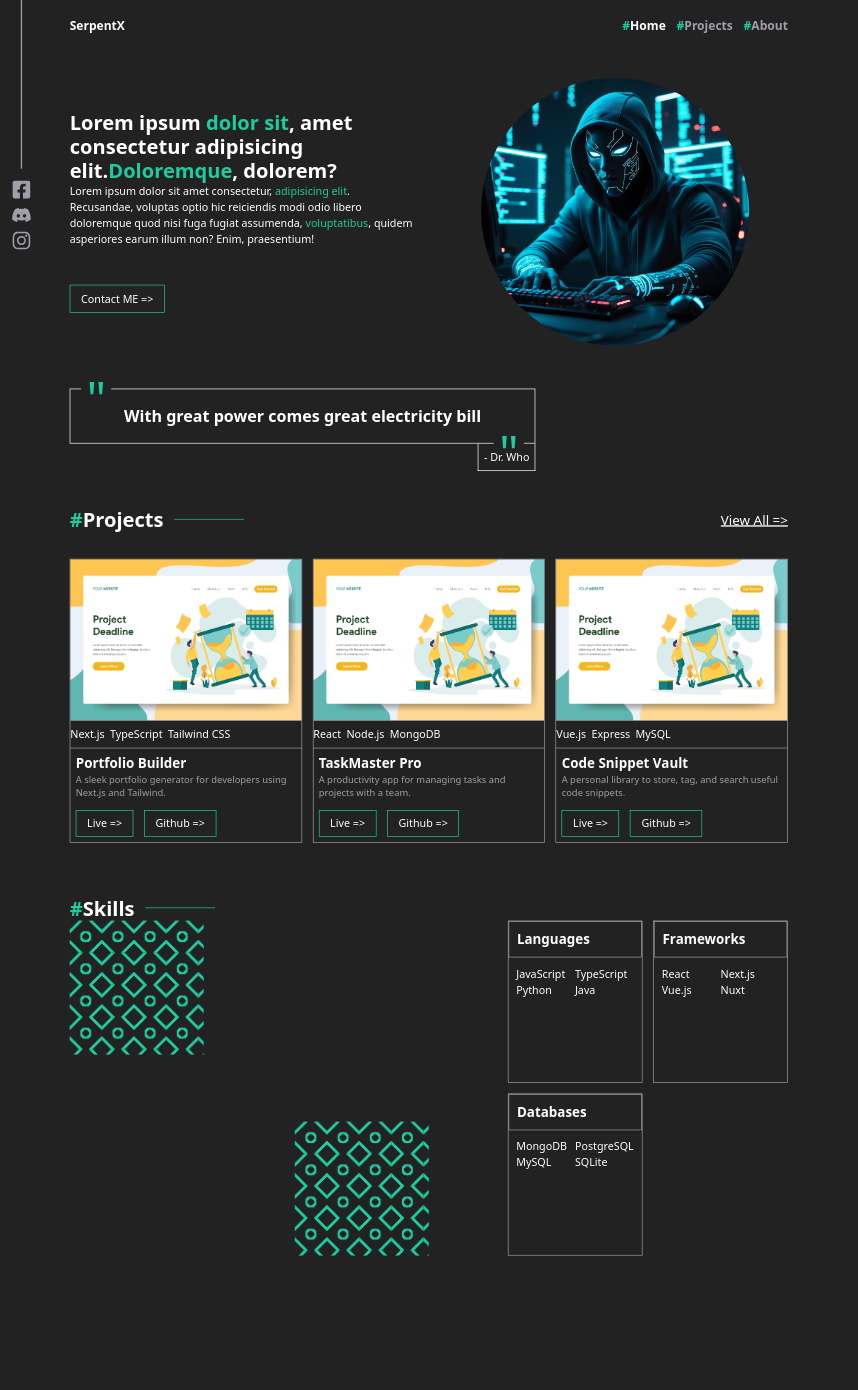
Repository: SERPENTX03/Portfolio-Tutorial
Page: /
An editor plug-in stored every save of this project. The page is shown before and after the next save, followed by the edit.
The browser window is 1280 px wide. The pictures show the whole page, at 67% of full size.
The project was rebuilt for these pictures with package versions that can differ from the ones it lists, and the page was loaded fresh each time. The framework's server and built-in components were replaced by stand-ins that run in the browser. Also part of the build but not shown: next.config.ts.

Above is the page before, as saved 2025-04-19 21:50:22.

### app/layout.tsx
import type { Metadata } from "next";
import { Geist, Geist_Mono } from "next/font/google";
import "./globals.css";
import SideContact from "@/components/SideContact";
import Navbar from "@/components/nav/Navbar";

const geistSans = Geist({
  variable: "--font-geist-sans",
  subsets: ["latin"],
});

const geistMono = Geist_Mono({
  variable: "--font-geist-mono",
  subsets: ["latin"],
});

export const metadata: Metadata = {
  title: "Create Next App",
  description: "Generated by create next app",
};

export default function RootLayout({
  children,
}: Readonly<{
  children: React.ReactNode;
}>) {
  return (
    <html lang="en">
      <body
        className={`${geistSans.variable} ${geistMono.variable} antialiased`}
      >
        <SideContact />
        <main className="max-w-[1200px] mx-auto sm:px-16 px-3">
          <Navbar />
          {children}
          <footer className="h-[200px]"></footer>
        </main>
      </body>
    </html>
  );
}

### app/page.tsx
import Hero from "@/components/Hero";
import Projects from "@/components/Projects";
import Skils from "@/components/Skils";

const Home = () => {
  return (
    <div>
      <Hero />
      <Projects />
      <Skils />
    </div>
  );
};
export default Home;

### app/globals.css
@import "tailwindcss";

@theme {
  --color-primary: #1dcd9f;
  --color-background: #222222;
  --color-text: #9f9fa9;
}

@utility hover-btn {
  @apply hover:bg-primary/30 transition-colors duration-300 ease-in-out border border-primary px-4 py-2 mt-14 cursor-pointer;
}

body {
  background-color: var(--color-background);
  color: white;
}

.pattern {
  background: linear-gradient(
      45deg,
      transparent 14%,
      #1dcd9f 15%,
      #1dcd9f 20%,
      transparent 21%,
      transparent 79%,
      #1dcd9f 80%,
      #1dcd9f 85%,
      transparent 86%
    ),
    linear-gradient(
      135deg,
      transparent 14%,
      #1dcd9f 15%,
      #1dcd9f 20%,
      transparent 21%,
      transparent 79%,
      #1dcd9f 80%,
      #1dcd9f 85%,
      transparent 86%
    ),
    radial-gradient(transparent 14%, #1dcd9f 15%, #1dcd9f 25%, transparent 26%);
  background-size: 3em 3em;
  opacity: 1;
}

### components/SideContact.tsx
import Link from "next/link";
import { FaFacebookSquare } from "react-icons/fa";
import { FaDiscord } from "react-icons/fa";
import { FaInstagram } from "react-icons/fa";

const SideContact = () => {
  return (
    <div className="fixed top-0 left-0 w-16 lg:flex flex-col hidden ">
      {/* Line */}
      <div className="h-[35vh] relative">
        <div className="h-full border border-text absolute top-0 left-1/2 -translate-x-1/2"></div>
      </div>
      {/* Socials */}
      <div className="text-text mt-4 flex flex-col gap-2 items-center">
        <Link target="_blank" href="https://www.facebook.com/serpentx.dev">
          <FaFacebookSquare size={30} />
        </Link>
        <Link target="_blank" href="https://discord.gg/serpentx">
          <FaDiscord size={30} />
        </Link>
        <Link target="_blank" href="https://www.instagram.com/serpentx.dev">
          <FaInstagram size={30} />
        </Link>
      </div>
    </div>
  );
};
export default SideContact;

### components/nav/Navbar.tsx
import MenuHamburger from "./MenuHamburger";
import Navlink from "./Navlink";

const Navbar = () => {
  return (
    <div className="flex justify-between items-center py-6">
      <h1 className="text-lg font-semibold ">SerpentX</h1>
      <Navlink />
      <MenuHamburger />
    </div>
  );
};
export default Navbar;

### components/Hero.tsx
import Image from "next/image";

const Hero = () => {
  return (
    <section className="mt-10">
      <div className="flex flex-col sm:flex-row justify-between gap-10 items-center">
        <div className="w-full sm:w-1/2">
          <h2 className="text-3xl font-bold">
            Lorem ipsum <span className="text-primary">dolor sit</span>, amet
            consectetur adipisicing elit.
            <span className="text-primary">Doloremque</span>, dolorem?
          </h2>
          <p>
            Lorem ipsum dolor sit amet consectetur,{" "}
            <span className="text-primary">adipisicing elit</span>. Recusandae,
            voluptas optio hic reiciendis modi odio libero doloremque quod nisi
            fuga fugiat assumenda,{" "}
            <span className="text-primary">voluptatibus</span>, quidem
            asperiores earum illum non? Enim, praesentium!
          </p>
          <button className="hover-btn ">Contact ME ={">"}</button>
        </div>
        <div className="w-full sm:w-1/2 flex justify-center">
          <Image
            className="object-cover rounded-full"
            src="/images/hero.jpg"
            alt="hero"
            width={400}
            height={400}
          />
        </div>
      </div>
      <div className="mt-16 flex justify-center border py-6 px-20 w-fit relative">
        <h5 className=" text-2xl font-bold ">
          With great power comes great electricity bill
        </h5>
        <span className="absolute -top-6 left-4 bg-background px-2 text-primary text-7xl">
          &quot;
        </span>
        <span className="absolute -bottom-12 h-fit right-4 bg-background px-2 text-primary text-7xl">
          &quot;
        </span>
        <span className="absolute right-[-1px] -bottom-10.5 border-x border-b p-2">
          - Dr. Who
        </span>
      </div>
    </section>
  );
};
export default Hero;

### components/Projects.tsx
import { projects } from "@/data/Project";
import Image from "next/image";
import Link from "next/link";

const Projects = () => {
  return (
    <section className="mt-24">
      <div className="flex justify-between items-center">
        <h2 className="text-3xl font-bold relative ">
          <span className="text-primary">#</span>Projects
          <span className="absolute -right-30 bottom-1/2 -translate-y-1/2 w-26 h-px bg-primary"></span>
        </h2>
        <Link className="text-xl underline" href="/projects">
          View All ={">"}
        </Link>
      </div>
      <div className="grid gird-cols-1 sm:grid-cols-2 md:grid-cols-3 gap-4 mt-10">
        {projects.slice(0, 3).map((project) => (
          <div key={project.id} className="border border-text">
            <Image
              src={project.image || ""}
              alt={project.title}
              width={300}
              height={300}
              className="w-full h-60 object-cover"
            />
            <div className="flex gap-2 py-2 border-y border-text">
              {project.language.map((lang) => (
                <p key={lang}>{lang}</p>
              ))}
            </div>
            <div className="p-2">
              <h3 className="text-xl font-bold">{project.title}</h3>
              <p className="text-sm text-text">{project.description}</p>
            </div>
            <div className="flex p-2">
              <div className="py-2 space-x-4">
                <Link href="/projects" className="hover-btn">
                  Live ={">"}
                </Link>
                <Link href="/projects" className="hover-btn">
                  Github ={">"}
                </Link>
              </div>
            </div>
          </div>
        ))}
      </div>
    </section>
  );
};
export default Projects;

### components/Skils.tsx
import { techStacks } from "@/data/Skils";
import { div } from "framer-motion/client";

const Skils = () => {
  return (
    <section className="mt-20">
      <h2 className="text-3xl font-bold relative w-fit">
        <span className="text-primary">#</span>Skills
        <span className="absolute -right-30 bottom-1/2 -translate-y-1/2 w-26 h-px bg-primary"></span>
      </h2>
      <div className="flex justify-between h-[500px]">
        {/* Pattern */}
        <div className="w-1/2 h-full relative ">
          <div className="w-[200px] h-[200px] pattern absolute top-0 left-0"></div>
          <div className="w-[200px] h-[200px] pattern absolute bottom-0 right-0"></div>
        </div>
        {/* Skils */}
        <div className="grid grid-cols-2 gap-4">
          {techStacks.map((skil, index) => (
            <div key={index} className=" border border-text">
              <h3 className="text-xl font-bold border-b border border-text p-3">
                {skil.title}
              </h3>
              <div className="grid grid-cols-2 p-3">
                {skil.items.map((item) => (
                  <div key={item.id}>
                    <p>{item.name}</p>
                  </div>
                ))}
              </div>
            </div>
          ))}
        </div>
      </div>
    </section>
  );
};
export default Skils;

### components/nav/MenuHamburger.tsx
"use client";
import { RiMenuFoldLine } from "react-icons/ri";
import { links } from "@/data/NavLink";
import { useEffect, useState } from "react";
import { IoClose } from "react-icons/io5";
import Link from "next/link";
import { usePathname } from "next/navigation";
import { motion, AnimatePresence } from "framer-motion";
import { FaDiscord, FaFacebookSquare, FaInstagram } from "react-icons/fa";

const MenuHamburger = () => {
  const [isOpen, setIsOpen] = useState(false);
  const pathname = usePathname();

  const handleOpen = () => {
    setIsOpen(!isOpen);
  };

  useEffect(() => {
    setIsOpen(false); // ปิดเมนูเมื่อ path เปลี่ยน
  }, [pathname]);
  return (
    <>
      <AnimatePresence mode="wait">
        {isOpen ? (
          <motion.div
            key="close"
            initial={{ rotate: -90, opacity: 0 }}
            animate={{ rotate: 0, opacity: 1 }}
            exit={{ rotate: 90, opacity: 0 }}
            transition={{ duration: 0.2 }}
            className="cursor-pointer block md:hidden z-50"
            onClick={handleOpen}
          >
            <IoClose size={30} />
          </motion.div>
        ) : (
          <motion.div
            key="menu"
            initial={{ rotate: 90, opacity: 0 }}
            animate={{ rotate: 0, opacity: 1 }}
            exit={{ rotate: -90, opacity: 0 }}
            transition={{ duration: 0.3 }}
            className="cursor-pointer block md:hidden z-10"
            onClick={handleOpen}
          >
            <RiMenuFoldLine size={30} />
          </motion.div>
        )}
      </AnimatePresence>
      {isOpen && (
        <ul className="fixed top-0 left-0 w-full h-screen bg-background ">
          <h1 className="text-2xl font-bold m-3">SerpentX</h1>
          {links.map((nav, index) => (
            <li
              key={index}
              className={`text-2xl m-3 font-semibold text-text ${
                pathname === nav.href ? "text-white" : "text-text"
              }`}
            >
              <Link href={nav.href}>
                <span className="text-primary">#</span>
                {nav.label}
              </Link>
            </li>
          ))}
        </ul>
      )}
      {isOpen && (
        <div className="fixed bottom-4 left-1/2 -translate-x-1/2 flex gap-4">
          <Link target="_blank" href="https://www.facebook.com/serpentx.dev">
            <FaFacebookSquare size={30} />
          </Link>
          <Link target="_blank" href="https://discord.gg/serpentx">
            <FaDiscord size={30} />
          </Link>
          <Link target="_blank" href="https://www.instagram.com/serpentx.dev">
            <FaInstagram size={30} />
          </Link>
        </div>
      )}
    </>
  );
};
export default MenuHamburger;

### components/nav/Navlink.tsx
"use client";
import { links } from "@/data/NavLink";
import Link from "next/link";
import { usePathname } from "next/navigation";

const Navlink = () => {
  const pathname = usePathname();
  return (
    <ul className="md:flex gap-4 hidden ">
      {links.map((nav, index) => (
        <li
          key={index}
          className={`text-lg font-semibold text-text ${
            pathname === nav.href ? "text-white" : "text-text"
          }`}
        >
          <Link href={nav.href}>
            <span className="text-primary">#</span>
            {nav.label}
          </Link>
        </li>
      ))}
    </ul>
  );
};
export default Navlink;

### data/Project.ts
export const projects = [
  {
    id: 1,
    title: "Portfolio Builder",
    description:
      "A sleek portfolio generator for developers using Next.js and Tailwind.",
    language: ["Next.js", "TypeScript", "Tailwind CSS"],
    image: "/images/project1.jpg",
  },
  {
    id: 2,
    title: "TaskMaster Pro",
    description:
      "A productivity app for managing tasks and projects with a team.",
    language: ["React", "Node.js", "MongoDB"],
    image: "/images/project1.jpg",
  },
  {
    id: 3,
    title: "Code Snippet Vault",
    description:
      "A personal library to store, tag, and search useful code snippets.",
    language: ["Vue.js", "Express", "MySQL"],
    image: "/images/project1.jpg",
  },
  {
    id: 4,
    title: "DevBlog Engine",
    description:
      "A markdown-powered blogging platform for developers with dark mode.",
    language: ["Next.js", "MDX", "Tailwind CSS"],
    image: "/images/project1.jpg",
  },
  {
    id: 5,
    title: "CryptoTracker",
    description:
      "Live cryptocurrency prices and portfolio manager with real-time charts.",
    language: ["React", "Chart.js", "CoinGecko API"],
    image: "/images/project1.jpg",
  },
  {
    id: 6,
    title: "EcomDash",
    description:
      "An admin dashboard for managing products, orders, and analytics.",
    language: ["Angular", "Firebase", "SCSS"],
    image: "/images/project1.jpg",
  },
  {
    id: 7,
    title: "ChatterBox",
    description:
      "A real-time chat application with private and group messaging.",
    language: ["React", "Socket.io", "Node.js"],
    image: "/images/project1.jpg",
  },
  {
    id: 8,
    title: "CodeQuiz Arena",
    description: "An interactive quiz app for coding topics with leaderboards.",
    language: ["Svelte", "TypeScript", "Supabase"],
    image: "/images/project1.jpg",
  },
  {
    id: 9,
    title: "WeatherZen",
    description:
      "A minimalist weather app with animated forecasts and map integration.",
    language: ["Vue.js", "OpenWeatherMap API", "Tailwind CSS"],
    image: "/images/project1.jpg",
  },
  {
    id: 10,
    title: "DesignSync",
    description: "Tool to sync design tokens between Figma and your codebase.",
    language: ["Electron", "Figma API", "TypeScript"],
    image: "/images/project1.jpg",
  },
];

### data/Skils.ts
export const techStacks = [
  {
    title: "Languages",
    items: [
      { id: 1, name: "JavaScript" },
      { id: 2, name: "TypeScript" },
      { id: 3, name: "Python" },
      { id: 4, name: "Java" },
    ],
  },
  {
    title: "Frameworks",
    items: [
      { id: 1, name: "React" },
      { id: 2, name: "Next.js" },
      { id: 3, name: "Vue.js" },
      { id: 4, name: "Nuxt" },
    ],
  },
  {
    title: "Databases",
    items: [
      { id: 1, name: "MongoDB" },
      { id: 2, name: "PostgreSQL" },
      { id: 3, name: "MySQL" },
      { id: 4, name: "SQLite" },
    ],
  },
];

### data/NavLink.ts
export const links = [
  {
    label: "Home",
    href: "/",
  },
  {
    label: "Projects",
    href: "/projects",
  },
  {
    label: "About",
    href: "/about",
  },
];

After the next save:
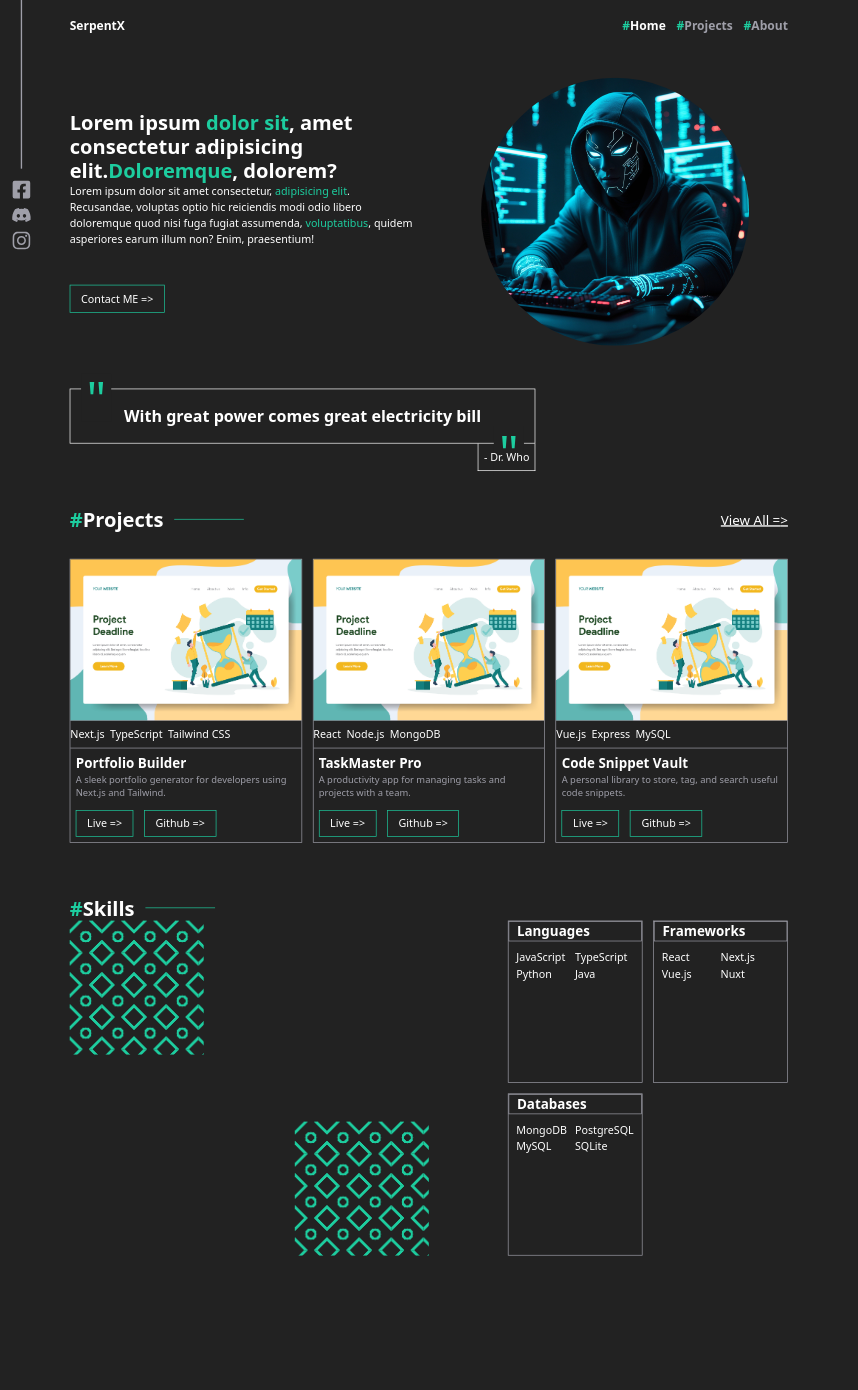
Saved 7 s later.
--- a/components/Skils.tsx
+++ b/components/Skils.tsx
@@ -18,7 +18,7 @@ const Skils = () => {
         <div className="grid grid-cols-2 gap-4">
           {techStacks.map((skil, index) => (
             <div key={index} className=" border border-text">
-              <h3 className="text-xl font-bold border-b border border-text p-3">
+              <h3 className="text-xl font-bold border-b border border-text px-3">
                 {skil.title}
               </h3>
               <div className="grid grid-cols-2 p-3">
